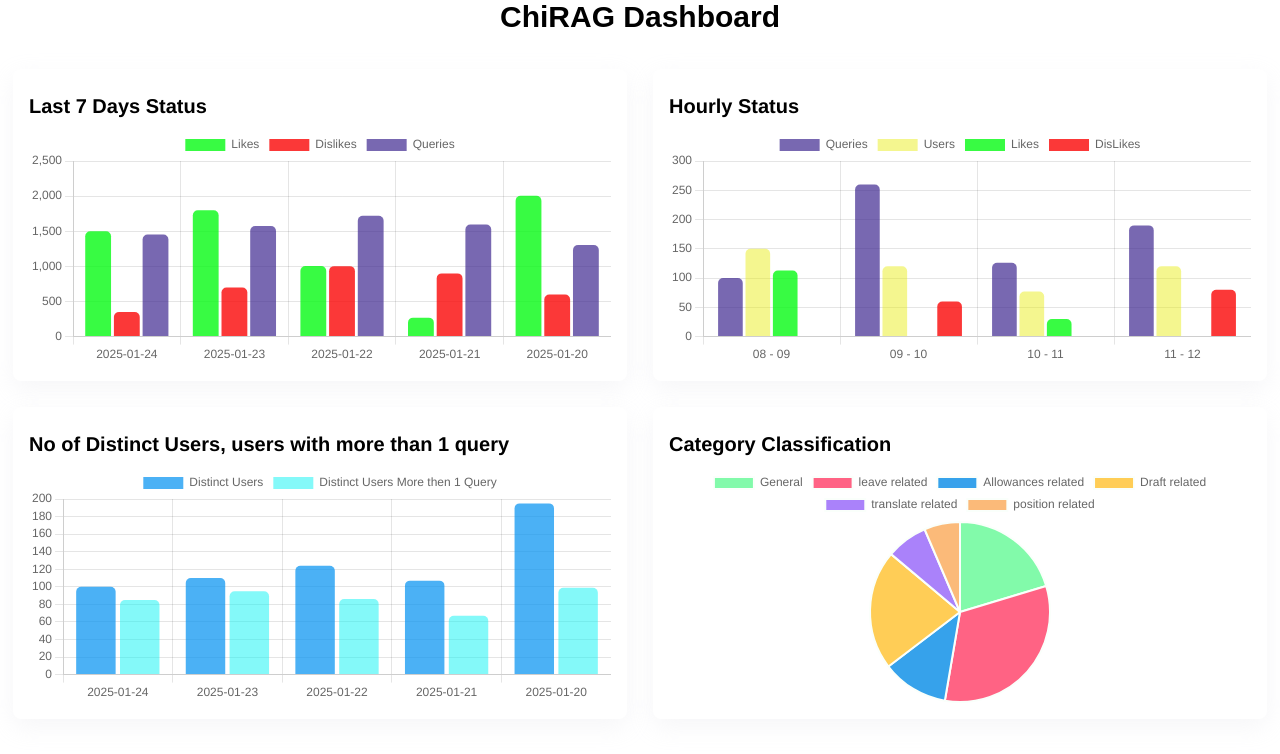
Repository: NAGARAJ-DEVELOPER/Dashboard
Page: /
These files come from the project's save history. The page is drawn as it stood at one moment and after the next save; the edit follows.
The browser window is 1280 px wide. The pictures show the whole page.
The project was rebuilt for these pictures with package versions that can differ from the ones it lists, and the page was loaded fresh each time. Also part of the build but not shown: vite.config.js.

Above is the page before, as saved 2025-02-16 16:25:11.

After the next save:
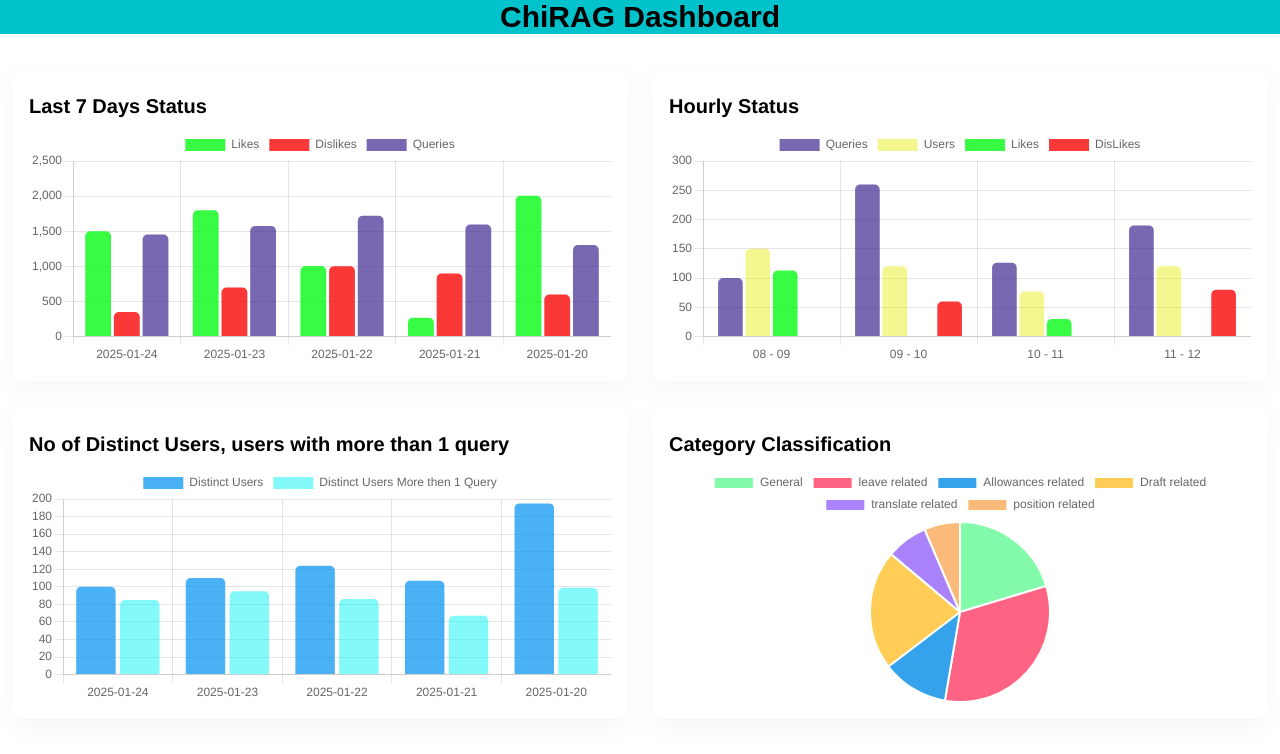
Saved 8 s later.
--- a/src/App.css
+++ b/src/App.css
@@ -16,7 +16,7 @@
   display: flex;
   justify-content: center; /* Horizontal alignment */
   align-items: center; /* Vertical alignment */
-  background-image:  #00c2cb;
+  background-color:  #00c2cb;
 }
 .dotted {
   border-top: 20px dotted #0a0a0a;
